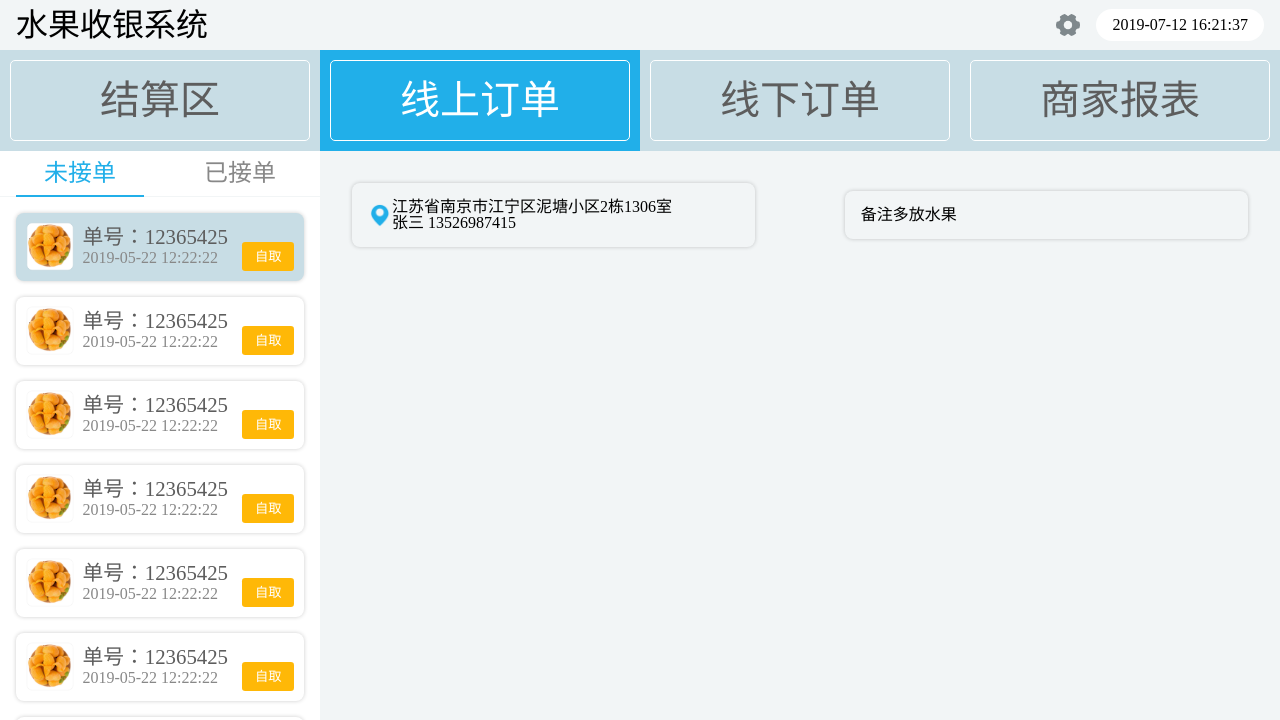
Repository: missing-star/fruit
Page: index.html
These files come from the project's save history. The page is drawn as it stood at one moment and after the next save; the edit follows.
The browser window is 1280 px wide. The pictures show the whole page.

Above is the page before, as saved 2019-07-12 17:00:52.

### index.html
<!DOCTYPE html>
<html lang="en">

<head>
    <meta charset="UTF-8">
    <meta name="viewport" content="width=device-width, initial-scale=1.0">
    <meta http-equiv="X-UA-Compatible" content="ie=edge">
    <title>水果收银系统</title>
    <link rel="stylesheet" href="./css/index.css">
</head>

<body>
    <div id="app">
        <header class="title-bar">
            <p class="title">水果收银系统</p>
            <div class="right-part-show">
                <img src="./images/setting.png" alt="设置" class="setting-icon">
                <p class="show-current-time">{{currentTime}}</p>
            </div>
        </header>
        <ul class="category-tab">
            <li class="category-item" :class="{active:currentIndex == 0}" @click="switchTab(0)">
                <p class="category-title">结算区</p>
            </li>
            <li class="category-item" :class="{active:currentIndex == 1}" @click="switchTab(1)">
                <p class="category-title">线上订单</p>
            </li>
            <li class="category-item" :class="{active:currentIndex == 2}" @click="switchTab(2)">
                <p class="category-title">线下订单</p>
            </li>
            <li class="category-item" :class="{active:currentIndex == 3}" @click="switchTab(3)">
                <p class="category-title">商家报表</p>
            </li>
        </ul>
        <!-- 结算区 -->
        <div v-show="currentIndex == 0" class="main-content">
            <div class="operation-wrapper">
                <ul class="goods-list-wrapper">
                    <li v-for="n in 10" class="goods-item">
                        <div class="goods-pic-wrapper">
                            <span class="delete-icon pointer"></span>
                            <img src="./images/goods.png" class="goods-pic">
                        </div>
                        <div class="goods-detail">
                            <p class="goods-title">苹果</p>
                            <p class="goods-spec">规格：12元/250g</p>
                            <p class="goods-money">
                                <span class="goods-weight">重量357g</span>
                                <span class="goods-price">
                                    <i class="money-icon black">￥</i>
                                    <i class="money-number black">18</i>
                                </span>
                            </p>
                        </div>
                    </li>
                </ul>
                <div class="calculator-scope">
                    <div class="show-total-money">
                        <p class="total-title">共4件商品</p>
                        <p class="total-money">
                            <span class="money-title">合计</span>
                            <span class="show-money">
                                <i class="money-icon blue">￥</i>
                                <i class="money-number blue">54.00</i>
                            </span>
                        </p>
                    </div>
                    <div class="operation-group">
                        <div class="left-part">
                            <button class="order-list pointer">挂单列表</button>
                            <button class="go-order pointer">挂单</button>
                        </div>
                        <button class="right-part pointer">
                            结算
                        </button>
                    </div>
                </div>
            </div>
            <div class="goods-choice-wrapper">
                <ul class="goods-category-wrapper">
                    <li @click="switchSubTab(n-1)" :class="{active:subCurrentIndex == n-1}" v-for="n in 20"
                        class="goods-category-item pointer">
                        分类
                    </li>
                </ul>
                <ul class="goods-choice-list">
                    <li v-for="n in 20" class="goods-choice-item">
                        <img src="./images/goods.png" class="goods-show-pic">
                        <p class="goods-desc">
                            <span class="goods-name">小泰芒</span>
                            <span class="price-weight">23元 / 250g</span>
                        </p>
                    </li>
                </ul>
            </div>
        </div>
        <div v-show="currentIndex == 1" class="main-content">
            <div class="operation-wrapper">
                <ul class="tab-wrapper">
                    <li @click="switchOnlineTab(0)" :class="{active:onlineCurrentIndex == 0}" class="tab-item pointer">
                        未接单</li>
                    <li @click="switchOnlineTab(1)" :class="{active:onlineCurrentIndex == 1}" class="tab-item pointer">
                        已接单</li>
                </ul>
                <div class="order-list-wrapper">
                    <ul v-show="onlineCurrentIndex == 0" class="accept-wrapper">
                        <li @click="getOrderDetail(0,n)" v-for="n in 20" class="order-item pointer"
                            :class="{active:currentOrder == n && onlineCurrentIndex == 0}">
                            <img src="./images/goods.png" class="order-goods-pic">
                            <div class="order-detail">
                                <p class="order-number">单号：12365425</p>
                                <p class="order-date">2019-05-22 12:22:22</p>
                            </div>
                            <button class="post-way self">自取</button>
                        </li>
                    </ul>
                    <ul v-show="onlineCurrentIndex == 1" class="accept-wrapper">
                        <li @click="getOrderDetail(1,n)" v-for="n in 20" class="order-item pointer"
                            :class="{active:currentOrder == n && onlineCurrentIndex == 1}">
                            <img src="./images/goods.png" class="order-goods-pic">
                            <div class="order-detail">
                                <p class="order-number">单号：12365425</p>
                                <p class="order-date">2019-05-22 12:22:22</p>
                            </div>
                            <button class="post-way post">自取</button>
                        </li>
                    </ul>
                </div>
            </div>
            <div class="order-detail-wrapper">
                <div class="user-info">
                    <div class="user-address info-part">
                        <img src="./images/location.png" class="location">
                        <div class="address-detail">
                            <p class="address">江苏省南京市江宁区泥塘小区2栋1306室</p>
                            <p class="user-detail">张三 13526987415</p>
                        </div>
                    </div>
                    <div class="user-comment info-part">
                        <p class="comment-title">备注</p>
                        <p class="user-detail">多放水果</p>
                    </div>
                </div>
            </div>
        </div>
        <div v-show="currentIndex == 2" class="main-content">

        </div>
        <div v-show="currentIndex == 3" class="main-content">

        </div>
    </div>
    <script src="https://cdn.bootcss.com/vue/2.6.10/vue.js"></script>
    <script src="./js/index.js"></script>
</body>

</html>

### css/index.css
html,body,div#app{
    height: 100%;
    background: #FFFFFF;
    min-width: 1200px;
}
body{
    font-size: calc(100vw / 19.2);
}
*{
    padding: 0;
    margin: 0;
    list-style: none;
    box-sizing: border-box;
    line-height: 100%;
    color: #000000;
    font-style: normal;
}
header.title-bar {
    background: #F2F5F6;
    padding: 1rem;
    height: 7%;
    display: flex;
    align-items: center;
    justify-content: space-between;
}
p.title {
    font-size: 2rem;
}
.right-part-show {
    display: flex;
    align-items: center;
    justify-content: space-around;
}
img.setting-icon {
    width: 1.5rem;
    margin-right: 1rem;
    cursor: pointer;
}
p.show-current-time {
    font-size: 1rem;
    background: #FFFFFF;
    padding: 0.5rem 1rem;
    border-radius: 10rem;
}
ul.category-tab {
    width: 100%;
    height: 14%;
    display: flex;
    align-items: center;
    justify-content: space-around;
    background: #C8DDE5;
}
li.category-item{
    width: 100%;
    height: 100%;
    display: flex;
    align-items: center;
    justify-content: center;
    padding: 10px;
    cursor: pointer;
}
li.category-item p.category-title {
    color: #5D5D5D;
    border: 1px solid #FFFFFF;
    border-radius: 5px;
    width: 100%;
    height: 100%;
    display: flex;
    align-items: center;
    justify-content: center;
    white-space: nowrap;
    font-size: 2.5rem;
}
li.category-item.active{
    background: #21AFE9;
}
li.category-item.active p.category-title{
    color: #FFFFFF;
}
.pointer{
    cursor: pointer;
}
.main-content {
    height: 79%;
    display: flex;
}
.operation-wrapper {
    width: 25%;
    height: 100%;
}
li.goods-item {
    height: 13vh;
    box-shadow: 0px 0px 4px 0px rgba(0,0,0,0.2);
    border-radius: 10px;
    margin: 1rem 0;
    display:flex;
}
.goods-pic-wrapper {
    position: relative;
    height: 100%;
    width: 30%;
    padding: 1rem;
}
img.goods-pic {
    width: 100%;
    height: auto;
}
ul.goods-list-wrapper {
    height: 75%;
    overflow: auto;
    padding: 0.5rem;
}
.calculator-scope {
    height: 25%;
}
span.delete-icon {
    width: 1.5rem;
    height: 1.5rem;
    background: url(../images/delete.png) no-repeat;
    background-size: 100% 100%;
    display: block;
    position: absolute;
    left: 0.5rem;
    top: 0.5rem;
}
.goods-detail {
    width: 70%;
    height: 100%;
}
p.goods-title {
    color: #000000;
    font-size: 2rem;
}
p.goods-spec {
    color: #6B6B6B;
    font-size: 1.2rem;
}
p.goods-money {
    display: flex;
    align-items: center;
    justify-content: space-between;
}
span.goods-weight {
    color: #FE7204;
    font-size: 1.5rem;
}
span.goods-price {
    font-size: 1.5rem;
}
.goods-detail {
    width: 70%;
    height: 100%;
    display: flex;
    flex-direction: column;
    justify-content: space-between;
    padding: 1rem;
}
i.money-number {
    font-size: 1.8rem;
}
i.money-icon {
    font-size: 1rem;
}
i.money-number.blue,i.money-icon.blue{
    color: #21AFE9;
}

.calculator-scope {
    border-top: 2px solid rgba(242,245,246,1);
    padding: 1rem;
}
div.show-total-money {
    background: rgba(242,245,246,1);
    display: flex;
    align-items: center;
    justify-content: space-between;
    font-size: 1.2rem;
    height: 30%;
    padding: 1rem;
    border-radius: 0.5rem;
    box-shadow:0px 1px 4px 0px rgba(0,0,0,0.2);
}
.operation-group {
    display: flex;
    align-items: center;
    justify-content: space-between;
    height: 70%;
    padding-top: 1rem;
}
p.total-title {
    color: #5D5D5D;
}
span.money-title {
    color: #333333;
}
button.order-list.pointer {
    background: #FFC639;
    outline: 0;
    border: none;
    color: #FFFFFF;
    width: 100%;
    height: 40%;
}
.left-part {
    width: 55%;
    height: 100%;
    display: flex;
    flex-direction: column;
    align-items: flex-start;
    justify-content: space-between;
}
button.order-list.pointer,button.go-order.pointer {
    border-radius: 0.5rem;
    background: #FFC639;
    outline: 0;
    border: none;
    color: #FFFFFF;
    width: 85%;
    height: 44%;
    font-size: 1.5rem;
}
button.go-order.pointer {
    background: #FF7A05;
}
.right-part {
    background: #21AFE9;
    border-radius: 0.5rem;
    color: #FFFFFF;
    font-size: 2rem;
    width: 45%;
    height: 100%;
    display: flex;
    align-items: center;
    justify-content: center;
    outline: 0;
    border:none;
}
ul.goods-category-wrapper {
    height: 100%;
    overflow: auto;
}
.goods-choice-wrapper {
    width: 75%;
    display: flex;
}
ul.goods-category-wrapper {
    width: 15%;
    height: 100%;
    overflow: auto;
}
li.goods-category-item {
    font-size: 1.5rem;
    display: flex;
    align-items: center;
    justify-content: center;
    height: 4rem;
    background: #EAEFF1;
    color: #5D5D5D;
    border-bottom: 2px solid #FFFFFF;
}
li.goods-category-item.active{
    background: #21AFE9;
    color: #FFFFFF;
}
ul.goods-choice-list {
    height: 100%;
    overflow: auto;
    width: 85%;
    background: #F2F5F6;
    display: flex;
    flex-wrap: wrap;
}
img.goods-show-pic {
    width: 100%;
}
li.goods-choice-item {
    width: 25%;
    margin: 2% calc(25% / 6);
    background: #FFFFFF;
    border-radius: 1rem;
    padding: 1rem;
}
p.goods-desc {
    display: flex;
    flex-direction: column;
    padding: 0 1rem;
}
span.goods-name {
    color: #333333;
    font-size: 2rem;
    margin-bottom: 1rem;
}
span.price-weight {
    color: #888888;
    font-size: 1.3rem;
}
ul::-webkit-scrollbar {
    height: 0;
    width: 4px;
}
ul::-webkit-scrollbar {
    width: 5px; /*对垂直流动条有效*/
    height: 0px; /*对水平流动条有效*/
}

/*定义滚动条的轨道颜色、内阴影及圆角*/
ul::-webkit-scrollbar-track{
    background-color: #FFFFFF;
    border-radius: 3px;
}


/*定义滑块颜色、内阴影及圆角*/
ul::-webkit-scrollbar-thumb{
    border-radius: 7px;
    background-color: #aaa;
}
ul.tab-wrapper{
    width: 100%;
    height: 8%;
    font-size: 1.5rem;
    display: flex;
    align-items: center;
    justify-content: space-around;
    border-bottom: 1px solid rgba(242,245,246,1);
}
li.tab-item{
    color: #888888;
    position: relative;
    width: 50%;
    text-align:center;
    height: 100%;
    display: flex;
    align-items: center;
    justify-content: center;
}
li.tab-item.active{
    color: #21AFE9;
}
li.tab-item.active:after{
    content: '';
    width: 80%;
    height: 2px;
    background: #21AFE9;
    position: absolute;
    bottom: -1px;
    left: 10%;
}
.order-list-wrapper {
    height: 92%;
}
ul.accept-wrapper {
    width: 100%;
    height: 100%;
    overflow: auto;
}
li.order-item {
    display: flex;
    align-items: center;
    justify-content: space-between;
    height: 13%;
    font-size: 1rem;
    box-shadow: 0px 0px 4px 0px rgba(0,0,0,0.2);
    border-radius: 0.5rem;
    margin: 1rem;
    padding: 0.6rem;
}
img.order-goods-pic{
    height: 100%;
}
button.post-way {
    align-self: flex-end;
    border: none;
    outline: 0;
    color: #FFFFFF;
    padding: 0.5rem 0.8rem;
    border-radius: 0.2rem;
}
button.post-way.self{
    background: #FFB807;
}
button.post-way.post{
    background: #FF7A05;
}
p.order-number {
    color: #5D5D5D;
    font-size: 1.3rem;
}
p.order-date {
    color: #888888;
    font-size: 1rem;
}
.order-detail {
    flex: 1;
    height: 85%;
    display: flex;
    align-items: flex-start;
    padding-left: 0.5rem;
    justify-content: space-around;
    flex-direction: column;
}
li.order-item.active{
    background: #C8DDE5;
}
.order-detail-wrapper {
    width: 75%;
    height: 100%;
    background: #F2F5F6;
    padding: 2rem;
}
.user-info {
    display: flex;
    align-items: center;
    justify-content: space-between;
    font-size: 1rem;
}
.info-part {
    box-shadow: 0px 0px 4px 0px rgba(0,0,0,0.2);
    border-radius: 0.5rem;
    width: 45%;
    padding: 1rem;
    display: flex;
    align-items: center;
}
img.location{
    width: 1.5rem;
}

### js/index.js
new Vue({
    el: '#app',
    data: {
        currentTime: '0000-00-00 00:00:00',
        currentIndex:1,
        subCurrentIndex:0,
        onlineCurrentIndex:0,
        currentOrder:1
    },
    methods: {
        getCurrentTime: function () {
            var date = new Date();
            var year = date.getFullYear();
            var month = (date.getMonth() + 1) < 10 ? '0' + (date.getMonth() + 1) : (date.getMonth() + 1);
            var day = date.getDate() < 10 ? '0' + date.getDate() : date.getDate();
            var hour = date.getHours() < 10 ? '0' + date.getHours() : date.getHours();
            var minute = date.getMinutes() < 10 ? '0' + date.getMinutes() : date.getMinutes();
            var second = date.getSeconds() < 10 ? '0' + date.getSeconds() : date.getSeconds();
            this.currentTime = year + '-' + month + '-' + day + ' ' + hour + ':' + minute + ':' + second;
        },
        switchTab:function(index) {
            if(this.currentIndex != index) {
                this.currentIndex = index;
            }
        },
        switchSubTab:function(index) {
            if(this.subCurrentIndex != index) {
                this.subCurrentIndex = index;
            }
        },
        switchOnlineTab:function(index) {
            if(this.onlineCurrentIndex != index) {
                this.onlineCurrentIndex = index;
            }
        },
        getOrderDetail:function(onlineCurrentIndex,currentOrder) {
            if(this.onlineCurrentIndex != onlineCurrentIndex || currentOrder != this.currentOrder) {
                this.onlineCurrentIndex = onlineCurrentIndex;
                this.currentOrder = currentOrder;
            }
        }
    },
    created: function () {
        var vm = this;
        vm.getCurrentTime();
        setInterval(function(){
            vm.getCurrentTime();
        }, 1000);
    }
});

After the next save:
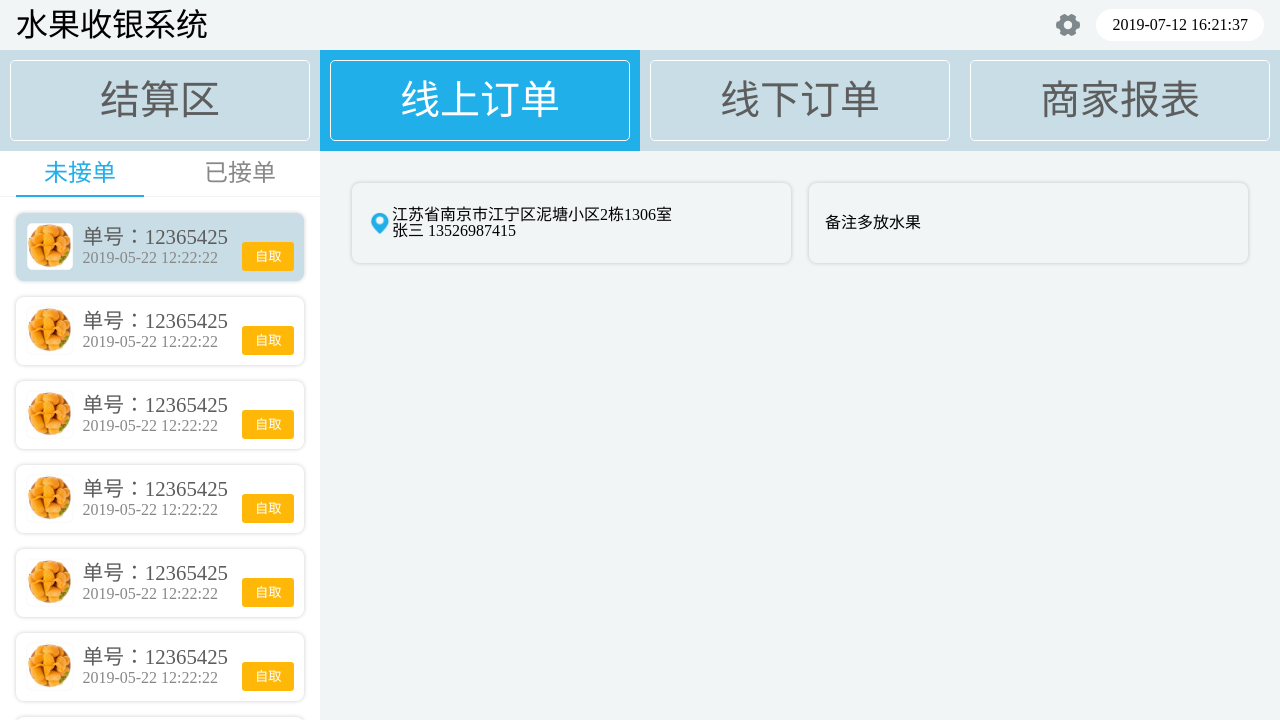
Saved 65 s later.
--- a/css/index.css
+++ b/css/index.css
@@ -417,8 +417,9 @@ li.order-item.active{
 .info-part {
     box-shadow: 0px 0px 4px 0px rgba(0,0,0,0.2);
     border-radius: 0.5rem;
-    width: 45%;
-    padding: 1rem;
+    width: 49%;
+    padding: 1rem;
+    height: 5rem;
     display: flex;
     align-items: center;
 }
